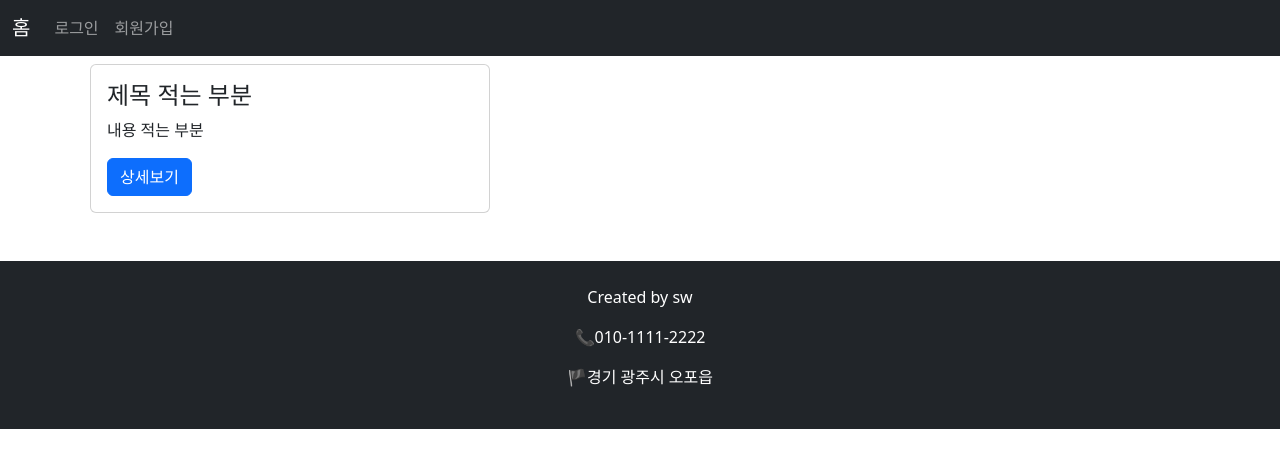
Repository: ksw0502/Springboot-JPA-Blog
Page: http://localhost/blog/WEB-INF/views/index.jsp
The author's editor kept a copy of each file at every save. The page is drawn from the files as they stood at one save, then again after the next save.
The browser window is 1280 px wide. The pictures show the whole page.
The page is served by Tomcat 9. Nobody is signed in. The template is opened directly, without the code that normally fills it, so the values that code supplies are empty.

Above is the page before, as saved 2023-11-25 15:44:54.

After the next save:
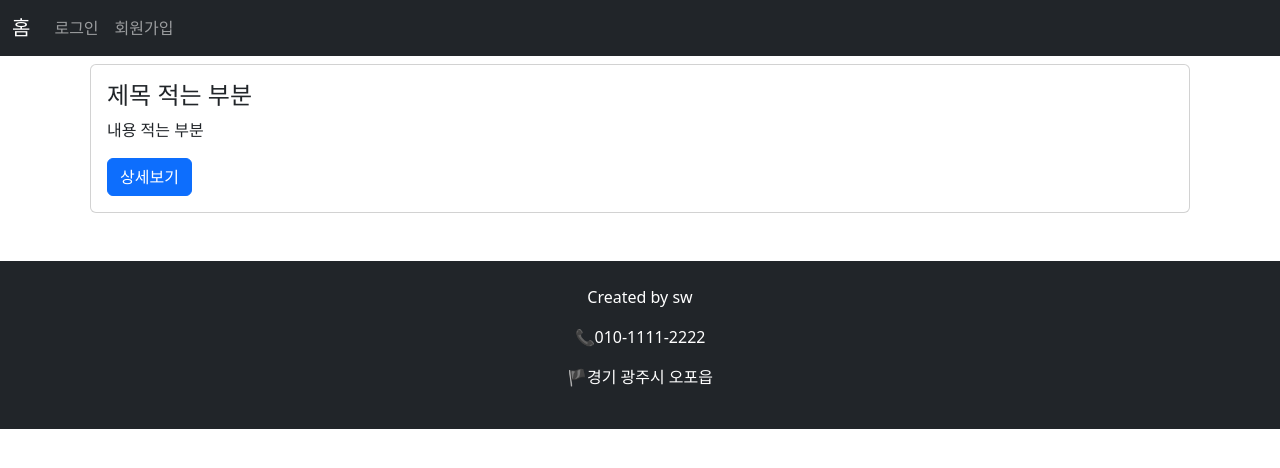
Saved 31 s later.
--- a/blog/src/main/webapp/WEB-INF/views/index.jsp
+++ b/blog/src/main/webapp/WEB-INF/views/index.jsp
@@ -26,7 +26,7 @@
 	</nav>
 
 	<div class="container">
-		<div class="card m-2" style="width: 400px">
+		<div class="card m-2" >
 			<div class="card-body">
 				<h4 class="card-title">제목 적는 부분</h4>
 				<p class="card-text">내용 적는 부분</p>
